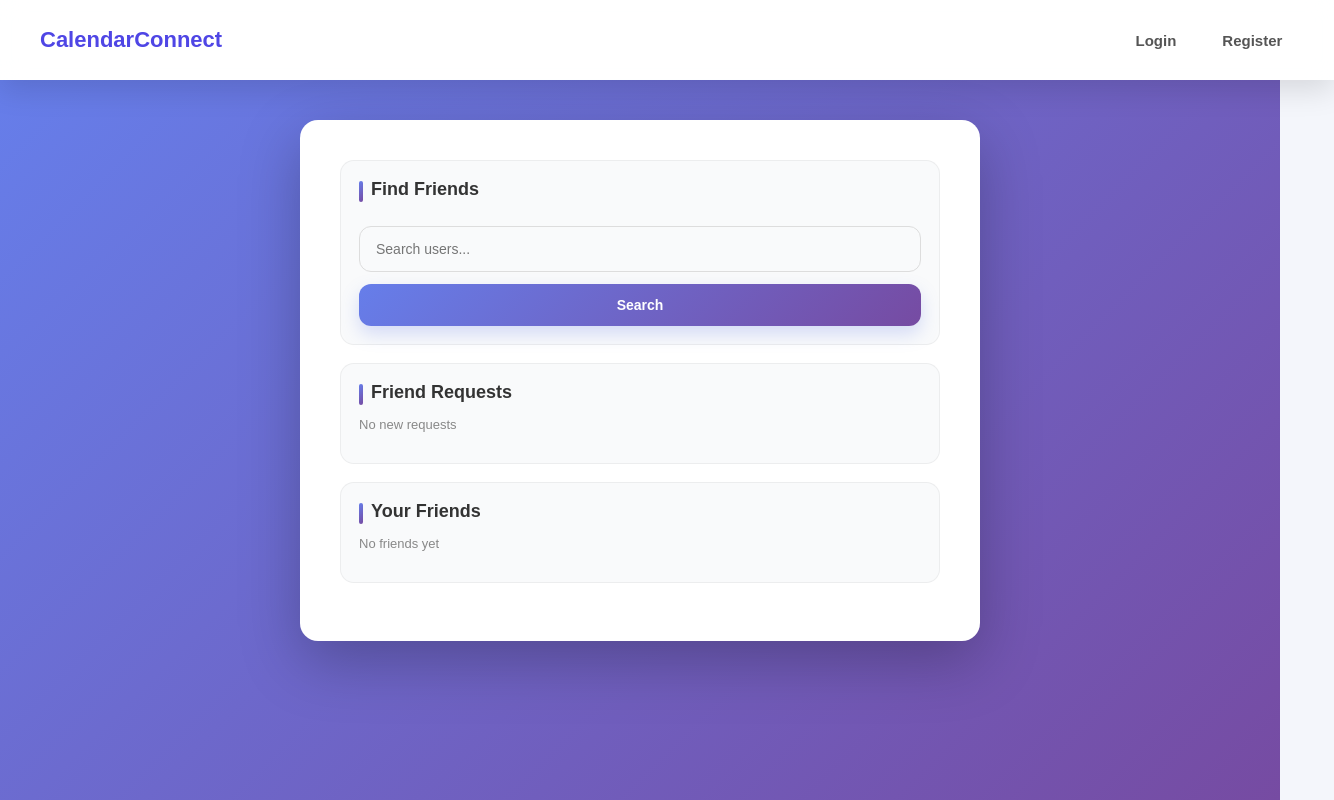
Repository: BMXracer44/CalendarConnect
Page: /friends (app in frontend/)
An editor plug-in stored every save of this project. The page is shown before and after the next save, followed by the edit.
The browser window is 1280 px wide. The page is 1334 px wide, so the pictures cover 1334 px, including what lies to the right of the window. The pictures show the whole page.
The project was rebuilt for these pictures with package versions that can differ from the ones it lists, and the page was loaded fresh each time. Also part of the build but not shown: frontend/src/pages/Login.jsx, frontend/src/pages/Register.jsx, frontend/src/pages/Profile.jsx, frontend/src/pages/Calendar.jsx.

Above is the page before, as saved 2026-05-04 15:43:36.

### frontend/src/index.js
import React from "react";
import ReactDOM from "react-dom/client";
import App from "./App";
import { AuthProvider } from "./context/AuthContext";
import { router } from "./router";
import { RouterProvider } from "react-router-dom";
import "./index.css";

ReactDOM.createRoot(document.getElementById("root")).render(
  <AuthProvider>
    <RouterProvider router={router} />
  </AuthProvider>
);

### frontend/src/router.jsx
import { createBrowserRouter } from "react-router-dom";
import App from "./App";
import Login from "./pages/Login";
import Register from "./pages/Register";
import Home from "./pages/Home";
import Profile from "./pages/Profile";
import Calendar from "./pages/Calendar";
import Friends from "./pages/Friends";

export const router = createBrowserRouter([
  {
    path: "/",
    element: <App />,
    children: [
      { index: true, element: <Login /> },
      { path: "register", element: <Register /> },
      { path: "calendar", element: <Calendar /> },
      { path: "profile", element: <Profile /> },
      { path: "friends", element: <Friends /> }
    ]
  }
]);

### frontend/src/components/Navbar.jsx
import { useContext, useEffect, useState } from "react";
import { AuthContext } from "../context/AuthContext";
import { Link, useNavigate } from "react-router-dom";

const Navbar = () => {
  const { user, logout } = useContext(AuthContext);
  const navigate = useNavigate();

  const [requests, setRequests] = useState([]);
  const [showRequests, setShowRequests] = useState(false);

  const handleLogout = () => {
    logout();
    navigate("/");
  };

  const loadRequests = async () => {
    try {
      const res = await fetch(
        `http://localhost:8080/api/friends/requests/${user.id}`
      );

      const data = await res.json();
      setRequests(Array.isArray(data) ? data : []);
    } catch (err) {
      console.error(err);
    }
  };

  useEffect(() => {
    if (!user?.id) return;

    loadRequests();
    const interval = setInterval(loadRequests, 5000);

    return () => clearInterval(interval);
  }, [user]);

  const acceptFriend = async (fromId) => {
    await fetch(
      `http://localhost:8080/api/friends/accept?from=${fromId}&to=${user.id}`,
      { method: "POST" }
    );

    loadRequests();
  };

  return (
    <nav className="navbar">
      <div className="navbar-left">CalendarConnect</div>

      <div className="navbar-right">

        {!user ? (
          <>
            <Link className="nav-link" to="/">Login</Link>
            <Link className="nav-link" to="/register">Register</Link>
          </>
        ) : (
          <>
            {/* 🔔 NOTIFICATION */}
            <div className="nav-bell">
              <button
                className="bell-button"
                onClick={() => setShowRequests(!showRequests)}
              >
                🔔
                {requests.length > 0 && (
                  <span className="bell-count">{requests.length}</span>
                )}
              </button>

              {showRequests && (
                <div className="dropdown-card">
                  <h4>Friend Requests</h4>

                  {requests.length === 0 ? (
                    <p className="empty-text">No requests</p>
                  ) : (
                    requests.map((r) => (
                      <div className="dropdown-item" key={r.id}>
                        <span>{r.username}</span>

                        <button
                          className="accept-btn"
                          onClick={() => acceptFriend(r.requesterId)}
                        >
                          Accept
                        </button>
                      </div>
                    ))
                  )}
                </div>
              )}
            </div>

            <Link className="nav-user" to="/profile">
              {user.username}
            </Link>

            <Link className="nav-link" to="/calendar">Calendar</Link>
            <Link className="nav-link" to="/friends">Friends</Link>

            <button className="nav-button" onClick={handleLogout}>
              Logout
            </button>
          </>
        )}
      </div>
    </nav>
  );
};

export default Navbar;

### frontend/src/pages/Friends.jsx
import { useContext, useEffect, useState } from "react";
import { AuthContext } from "../context/AuthContext";

const Friends = () => {
  const { user } = useContext(AuthContext);

  const [search, setSearch] = useState("");
  const [results, setResults] = useState([]);

  const [friends, setFriends] = useState([]);
  const [requests, setRequests] = useState([]);
  const [sentRequests, setSentRequests] = useState([]);

  // ================= LOAD FRIENDS =================
  const loadFriends = () => {
    fetch(`http://localhost:8080/api/friends/${user.id}`)
      .then((res) => res.json())
      .then((data) => setFriends(data))
      .catch(() => console.log("Failed to load friends"));
  };

  // ================= LOAD REQUESTS =================
  const loadRequests = () => {
    fetch(`http://localhost:8080/api/friends/requests/${user.id}`)
      .then((res) => res.json())
      .then((data) => setRequests(data))
      .catch(() => console.log("Failed to load requests"));
  };

  useEffect(() => {
    if (user?.id) {
      loadFriends();
      loadRequests();
      loadSentRequests(); // only new line
    }
  }, [user]);
  // ================= SEARCH USERS =================
  const searchUsers = () => {
    fetch(
      `http://localhost:8080/api/user/search?query=${search}&currentUserId=${user.id}`
    )
      .then((res) => res.json())
      .then((data) => setResults(data))
      .catch(() => console.log("Search failed"));
  };

  // ================= SEND REQUEST =================
  const addFriend = (toId) => {
    fetch(
      `http://localhost:8080/api/friends/add?from=${user.id}&to=${toId}`,
      { method: "POST" }
    )
      .then(() => alert("Friend request sent"))
      .catch((err) => console.log("Add friend error:", err));
  };

  // ================= ACCEPT REQUEST =================
  const acceptFriend = (fromId) => {
    fetch(
      `http://localhost:8080/api/friends/accept?from=${fromId}&to=${user.id}`,
      { method: "POST" }
    )
      .then(() => {
        loadFriends();
        loadRequests();
      })
      .catch(() => console.log("Accept failed"));
  };
  const loadSentRequests = () => {
  fetch(`http://localhost:8080/api/friends/requests/sent/${user.id}`)
    .then((res) => res.json())
    .then((data) => setSentRequests(data))
    .catch(() => console.log("Failed to load sent requests"));
};

  return (
    <div className="friends-container">
      <div className="friends-card">

        {/* ================= SEARCH (TOP) ================= */}
        <div className="search-dropdown">
          <h2>Find Friends</h2>

          <input
            type="text"
            placeholder="Search users..."
            value={search}
            onChange={(e) => setSearch(e.target.value)}
          />

          <button onClick={searchUsers}>Search</button>

          {results.map((u) => (
            <div className="friend-item" key={u.id}>
              <span>{u.username}</span>
              <button onClick={() => addFriend(u.id)}>Add</button>
            </div>
          ))}
        </div>

        {/* ================= FRIEND REQUESTS ================= */}
        <div className="friends-requests">
          <h3>Friend Requests</h3>

          {requests.length === 0 && <p>No new requests</p>}

          {requests.map((r) => (
            <div className="friend-item" key={r.id}>
              <span>{r.username}</span>
              <button onClick={() => acceptFriend(r.id)}>
                Accept
              </button>
            </div>
          ))}
        </div>

        {/* ================= FRIENDS LIST ================= */}
        <div className="friends-list">
          <h3>Your Friends</h3>

          {friends.length === 0 && <p>No friends yet</p>}

          {friends.map((f) => (
            <div className="friend-item" key={f.id}>
              <span>{f.username}</span>
            </div>
          ))}
        </div>

      </div>
    </div>
  );
};

export default Friends;

Loaded but not shown: frontend/src/context/AuthContext.js (29 lines, source omitted); frontend/src/App.js (14 lines, source omitted); frontend/src/index.css (1713 lines, source omitted); frontend/src/pages/Home.jsx (no stored copy; drawn as an empty file)

After the next save:
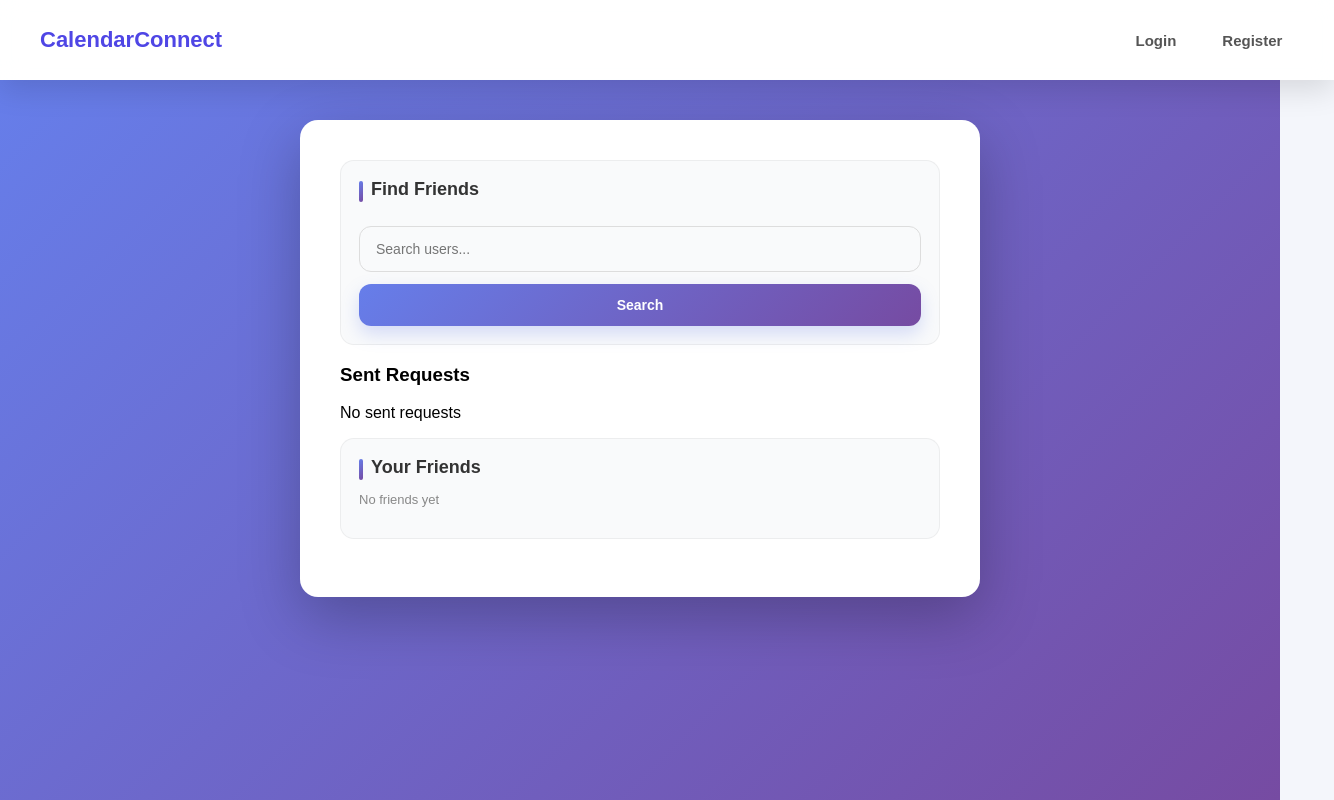
Saved 34 s later.
--- a/frontend/src/pages/Friends.jsx
+++ b/frontend/src/pages/Friends.jsx
@@ -98,21 +98,19 @@ const Friends = () => {
           ))}
         </div>
 
-        {/* ================= FRIEND REQUESTS ================= */}
-        <div className="friends-requests">
-          <h3>Friend Requests</h3>
+        {/* ================= SENT REQUESTS ================= */}
+        <div className="friends-sent-requests">
+          <h3>Sent Requests</h3>
 
-          {requests.length === 0 && <p>No new requests</p>}
+          {sentRequests.length === 0 && <p>No sent requests</p>}
 
-          {requests.map((r) => (
+          {sentRequests.map((r) => (
             <div className="friend-item" key={r.id}>
               <span>{r.username}</span>
-              <button onClick={() => acceptFriend(r.id)}>
-                Accept
-              </button>
+              <button disabled>Pending</button>
             </div>
           ))}
-        </div>
+</div>
 
         {/* ================= FRIENDS LIST ================= */}
         <div className="friends-list">
